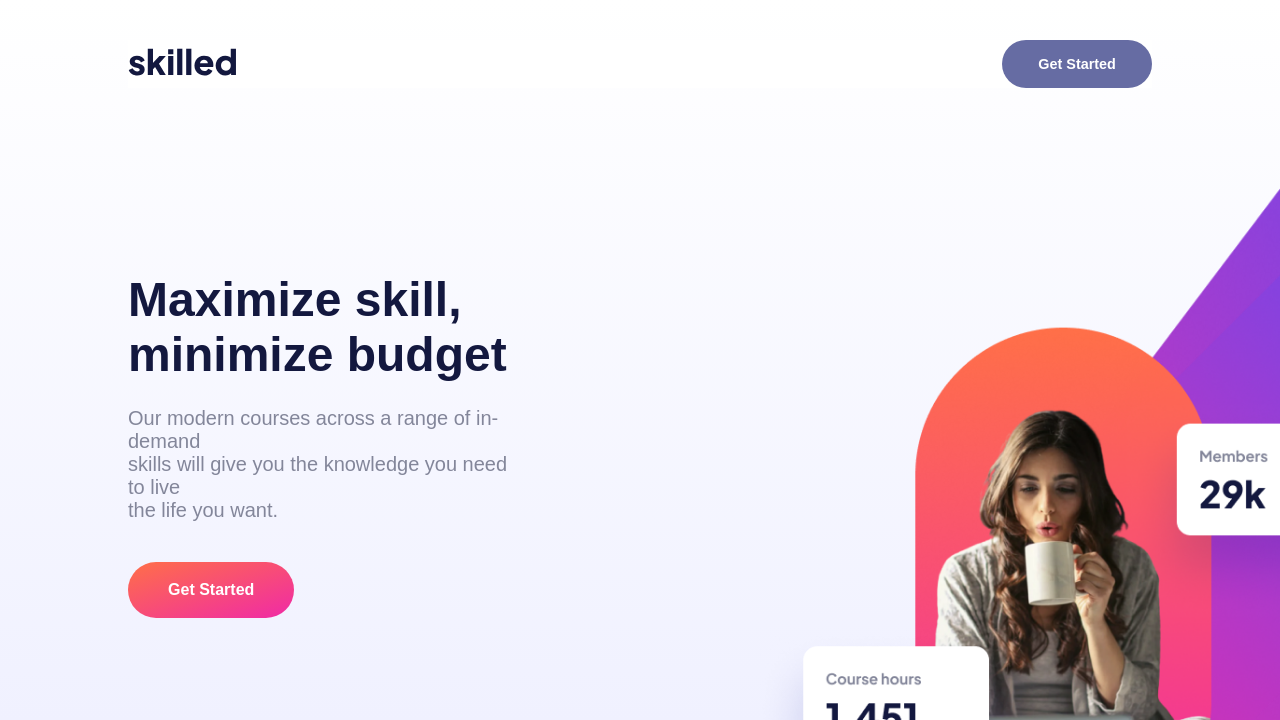
Repository: exe-walt/E-Learning-Landing-Page
Page: index.html
These files come from the project's save history. The page is drawn as it stood at one moment and after the next save; the edit follows.
The browser window is 1280 px wide. The pictures show the whole page.
The pointer rests on the first visible `.navbar-btn button`.
An inner scrolling area shows only its first screen. Some web fonts or font styles are not loaded; a fallback is used.

Above is the page before, as saved 2025-05-30 17:38:40.

### index.html
<!DOCTYPE html> <!-- Document type declaration for HTML5 -->
<html lang="en">
<head>
  <meta charset="UTF-8"> <!-- Character encoding set to UTF-8 -->
  <meta name="viewport" content="width=device-width, initial-scale=1.0"> <!-- Responsive design meta tag -->
  <title>Skilled E-Learning Page</title> <!-- Page title -->
  <link rel="stylesheet" href="css/style.css"> <!-- Link to external CSS file -->
  <link href="https://fonts.cdnfonts.com/css/plus-jakarta-sans" rel="stylesheet"> <!-- Import custom font -->
</head>
<body>
  <div class="content-container"> <!-- Main content container -->

    <!-- NAVBAR SECTION -->
    <div class="navbar">
      <ul>
        <li id="logo">
          <img src="img/skilled-logo.svg" alt="logo">
        </li>
        <li class="navbar-btn">
          <button>Get Started</button> <!-- Call-to-action button -->
        </li>
      </ul>
    </div>

    <!-- HERO SECTION -->
    <div class="hero-section">
      <div class="hero-text">
        <h1>Maximize skill, <br>minimize budget</h1>

        <p>
          Our modern courses across a range of in-demand <br> skills will give you the knowledge you need to live <br> the life you want.
        </p>

        <button class="grad-btn1">Get Started</button>
      </div>
      <div class="main-image">
        <img src="img/hero-img.png" alt="Lady sipping coffee" class="img1">
        <img src="img/Rectangle.png" alt="rectangle" class="overlay-rectangle">
      </div>

    </div>

          <!--Popular Courses Cards-->
    <div class="cc"> <!--Courses-Container top-->
      <div class="card main-left">
        <h2>Check out our <br>most popular <br>courses! </h2>
      </div>

      <div class="card">
        <div class="icon">
          <img src="img/animation.svg" alt="Animation Icon">
        </div>
        <h3>Animation</h3>
          <p>Learn the latest animation techniques to create stunning motion design and captivate your audience.</p>
            <a href="#">Get Started</a>
      </div>
      <div class="card">
        <div class="icon">
          <img src="img/design.svg" alt="Design Icon">
        </div>
        <h3>Design</h3>
          <p>Create beautiful, usable interfaces to help shape the future of how the web looks.</p>
            <a href="#">Get Started</a>
      </div>
      <div class="card">
        <div class="icon">
          <img src="img/photography.svg" alt="Photography Icon">
        </div>
        <h3>Photography</h3>
          <p>Explore critical fundamentals like lighting, composition, and focus to capture exceptional photos.</p>
            <a href="#">Get Started</a>
      </div>
      <div class="card">
        <div class="icon">
          <img src="img/crypto.svg" alt="Crypto Icon">
        </div>
        <h3>Crypto</h3>
          <p>All you need to know to get started investing in crypto. Go from beginner to advanced with this 54 hour course.</p>
            <a href="#">Get Started</a>
      </div>
      <div class="card">
        <div class="icon">
          <img src="img/business.svg" alt="Business Icon">
        </div>
        <h3>Business</h3>
          <p>A step-by-step playbook to help you start, scale, and sustain your business without outside investment.</p>
            <a href="#">Get Started</a>
      </div>
    </div>
  </div>

  <!-- FOOTER SECTION -->
  <div class="footer">
    <ul>
      <li id="logo">
        <img src="img/skilled-1.svg" alt="logo">
      </li>
      <li class="footer-btn">
        <button>Get Started</button> <!-- Call-to-action button -->
      </li>
    </ul>
  </div>

</body>
</html>

### css/style.css
* {
  box-sizing: border-box;
  margin: 0;
  padding: 0;
  font-family: "Plus Jakarta Sans", sans-serif;
}

body {
  font-family: "Plus Jakarta Sans", sans-serif;
  margin: 0;
  background: linear-gradient(to bottom, #ffffff, #f0f1ff);
  min-height: 100vh;
}

html,
body {
  height: 100%;
  width: 100%;
  overflow-x: hidden;
}

.content-container {
  max-width: 75em;
  width: 80%;
  height: auto;
  margin: 0 auto;
}

.navbar {
  display: flex;
  justify-content: space-between;
  align-items: center;
  background-color: white;
  margin-top: 2.5em;
}

.navbar ul {
  display: flex;
  align-items: center;
  justify-content: space-between;
  width: 100%;
  list-style: none;
}

#logo img {
  height: 1.75em;
  width: auto;
}

.navbar-btn button {
  background-color: #13183f;
  color: white;
  width: 10.4em;
  height: 3.3em;
  border: none;
  border-radius: 1.8em;
  padding: 0.6rem 1.5rem;
  font-weight: 600;
  font-size: 0.9rem;
  cursor: pointer;
  transition: background-color 0.3s ease;
}

.navbar-btn button:hover{
  cursor: pointer;
  background-color: #666ca3;
}

.hero-section {
  display: flex;
}


.main-image {
  position: relative;
}

.img1 {
  width: 105%;
  transform: translate(35%, 84px);
  position: relative;
  z-index: 3;
}

.overlay-rectangle {
  width: 120%;
  /*height: 117%;*/
  height: 135%;
  position: absolute;
  top: -21.6%;
  right: -85%;
  z-index: 2;

}

.hero-text {
  margin-top: 11.5em;
}

.hero-text h1 {
  font-weight: 800; /* ExtraBold */
  font-size: 3rem;
  color: #13183f;
}

.hero-text p {
  font-weight: 400; /* Medium */
  font-size: 1.25rem;
  color: #83869a;
  padding-top: 1.25em;
}

.grad-btn1 {
  width: 10.4em;
  height: 3.5em;
  border: none;
  border-radius: 1.8em;
  color: white;
  font-weight: 700;
  font-size: 1em;
  padding: 0.6rem 1.5rem;
  margin-top: 2.5em;
  background: linear-gradient(to bottom right, #ff6f48, #f02aa6);
}

.grad-btn1:hover {
  cursor: pointer;
  background: linear-gradient(
      rgba(255, 255, 255, 0.5),
      rgba(255, 255, 255, 0.5)
    ),
    linear-gradient(to bottom right, #ff6f48, #f02aa6);
}


.cc {
  display: grid;
  gap: 50px 25px;
  grid-template-columns: repeat(3, 1fr);
  margin-top: 12em;
}

.card, .main-left {
  min-height: 300px;
}

.main-left {
  background: linear-gradient(to bottom right, #ff6f48, #f02aa6);
  color: white;
}

.main-left h2 {
  font-size: 2em;
  font-weight: bolder;
  color: white;
  justify-content: center;
}

.card {
  border-radius: 12px;
  background-color: white;
  box-shadow: 0 4px 10px rgba(0, 0, 0, 0.05);
  padding: 2em;
  display: flex;
  flex-direction: column;
  justify-content: space-between;
  gap: 1em;
}

.icon {
  width: 56px;
  height: 56px;
  margin-bottom: 1.5rem;
  margin-top: -4em;
}

.card h3 {
  font-size: 1.25rem;
  color: #13183f;
}

.card p {
  color: #83869a;
  font-size: 1rem;
  flex-grow: 1;
  font-weight: 500;;
}

.card a {
  color: #f74780;
  font-weight: bold;
  text-decoration: none;
}

.card a:hover {
  transition: 0.3s ease;
  color: #fa8fb1;
}

.footer {
  background-color: #13183f;
  margin-top: 5.5em;
}

.footer ul {
  display: flex;
  align-items: center;
  justify-content: space-between;
  list-style-type: none;
  max-width: 75em;
  width: 80%;
  height: 7.5em;
  margin: 0 auto;
}

.footer-btn button {
  width: 10.4em;
  height: 3em;
  border: none;
  border-radius: 1.8em;
  color: white;
  font-weight: 700;
  font-size: 1em;
  background: linear-gradient(to bottom right, #4851ff, #f02aa6);
}

.footer-btn button:hover {
  cursor: pointer;
  background: linear-gradient(
      rgba(255, 255, 255, 0.5),
      rgba(255, 255, 255, 0.5)
    ),
    linear-gradient(to bottom right, #4851ff, #f02aa6);
}

After the next save:
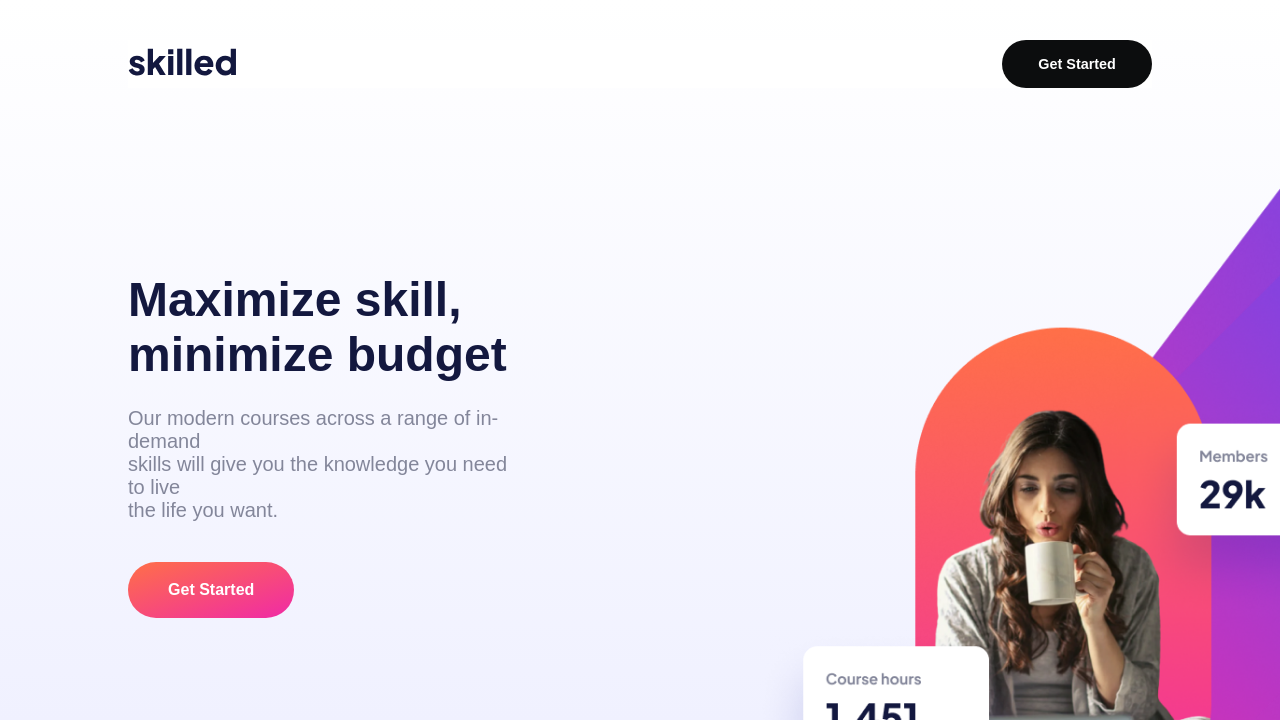
Saved 7 s later.
--- a/css/style.css
+++ b/css/style.css
@@ -63,7 +63,7 @@
 
 .navbar-btn button:hover{
   cursor: pointer;
-  background-color: #666ca3;
+  background-color: #0c0d0e;
 }
 
 .hero-section {

After the save that followed:
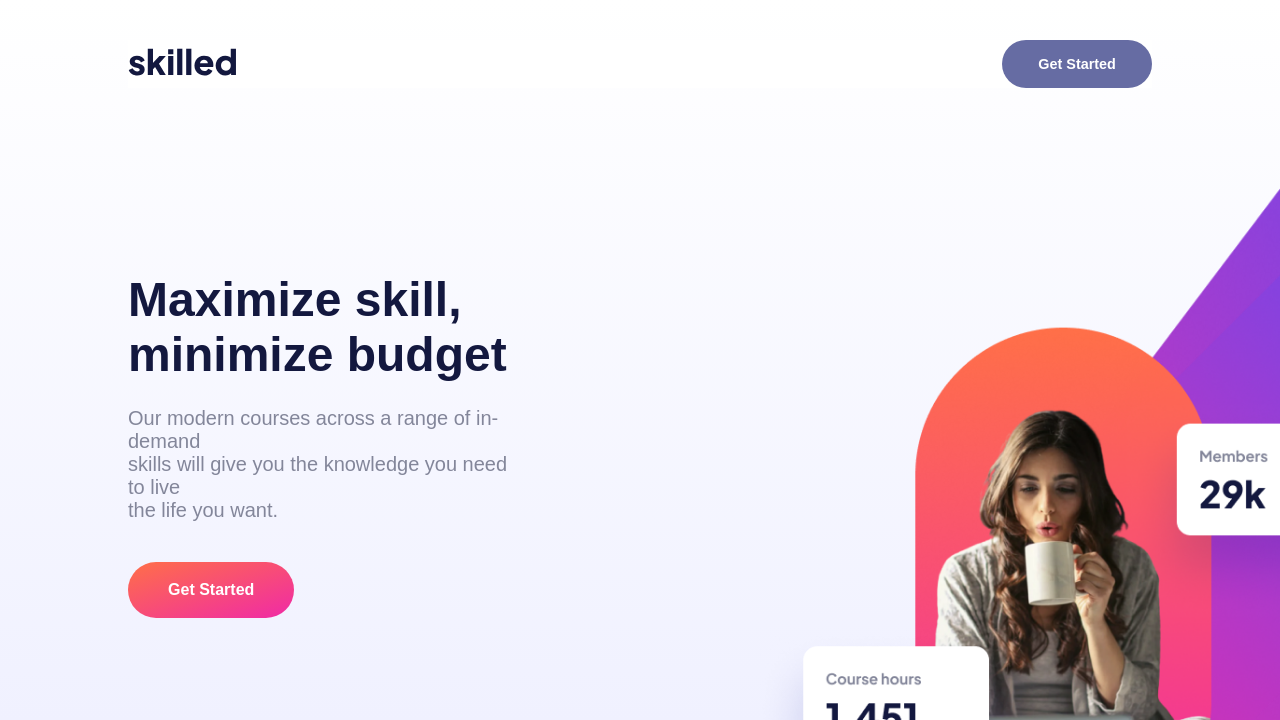
Saved 8 s later.
--- a/css/style.css
+++ b/css/style.css
@@ -63,7 +63,7 @@
 
 .navbar-btn button:hover{
   cursor: pointer;
-  background-color: #0c0d0e;
+  background-color: #666ca3;
 }
 
 .hero-section {
